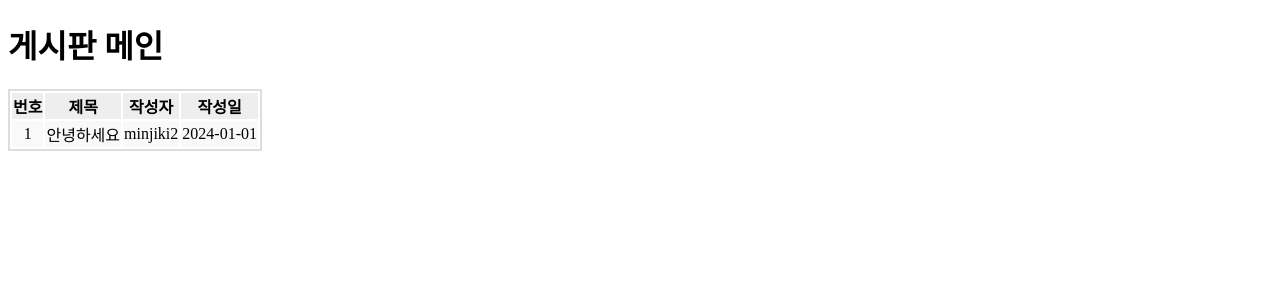
Repository: minjikimkim2222/BBS
Page: http://localhost/BBS/bbs.jsp
An editor plug-in stored every save of this project. The page is shown before and after the next save, followed by the edit.
The browser window is 1280 px wide. The pictures show the whole page.
The page is served by Tomcat 9.

Above is the page before, as saved 2024-01-01 12:51:31.

After the next save:
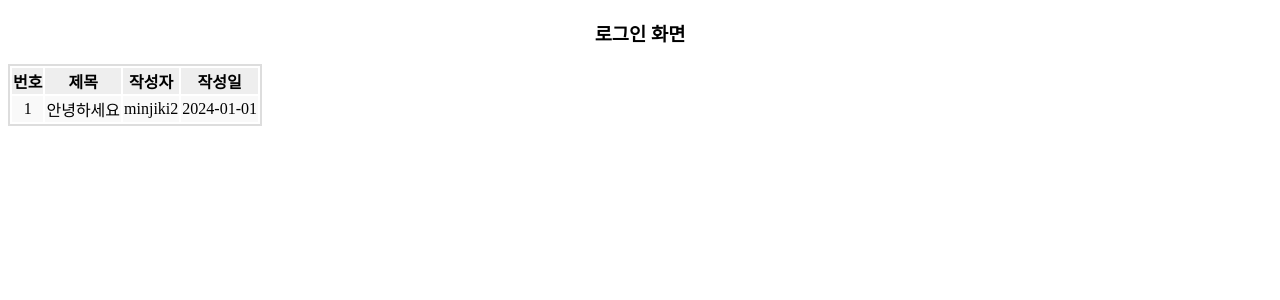
Saved 44 s later.
--- a/BBS/src/main/webapp/bbs.jsp
+++ b/BBS/src/main/webapp/bbs.jsp
@@ -14,9 +14,9 @@
 
 <!-- 게시판 메인 페이지 영역 시작  -->
 
-	<h1>게시판 메인</h1>
 	<div class = "container">
 		<div class = "row">
+			<h3 style = "text-align : center;">로그인 화면</h3>
 			<table class = "table table-striped" style = "text-align : center; border : 2px solid #dddddd">
 				<thead>
 					<tr>
